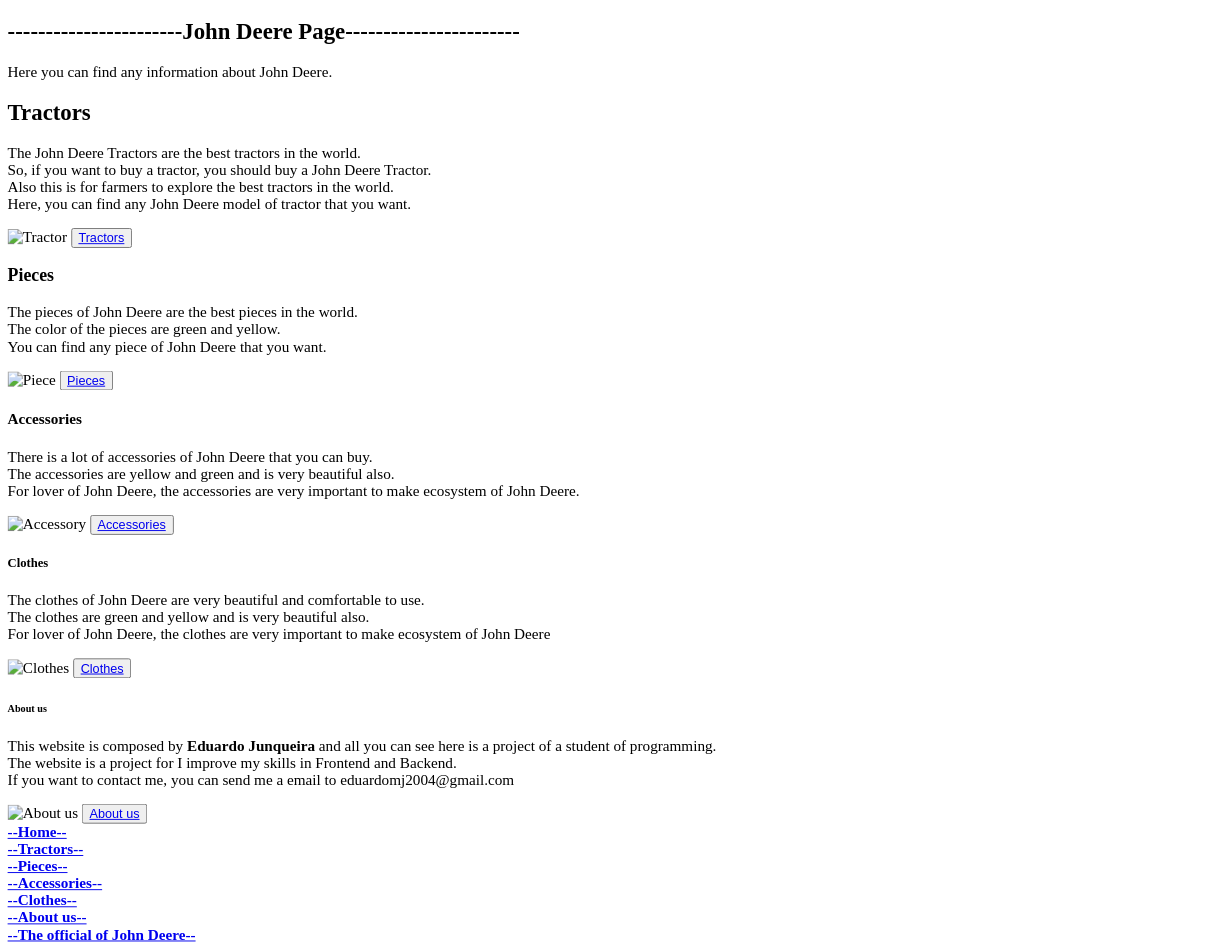
Repository: EduardoJunqueira2004/WEBJohnDeere
Page: HTML/index.html
These files come from the project's save history. The page is drawn as it stood at one moment and after a run of saves; the edit follows.
The browser window is 1280 px wide. The pictures show the whole page, at 95% of full size.

Above is the page before, as saved 2024-12-07 15:38:49.

### HTML/index.html
<!DOCTYPE html>
<!-- HTML5 default-->
<!--Language always in English-->
<html lang="en">
<head>
    <meta charset="UTF-8">
    <meta name="viewport" content="width=device-width, initial-scale=1.0">
    <!--Home Page of the WebSite-->
    <title>Index.html</title>
    <!--CSS file for styling the webpage -->
    <link rel="stylesheet" href="/CSS/index.css">
</head>
<body>
<main>
<section>
    <!--header1 titulo-->
    <h1>-----------------------<strong>John Deere Page</strong>-----------------------</h1>
    <p>
        Here you can find any information about John Deere.
    </p>
    <!--header2 subtitulo-->
</section>
<section>
    <h2><strong>Tractors</strong></h2>
    <p>
        The John Deere Tractors are the best tractors in the world.<br>
        So, if you want to buy a tractor, you should buy a John Deere Tractor.<br>
        Also this is for farmers to explore the best tractors in the world.<br>
        Here, you can find any John Deere  model of tractor that you want.
    </p>
    <img src="" alt="Tractor" width="50" height="50" >
    <button><a href="tractors.html">Tractors</a></button>
</section>
<section>
    <!--header3 subtitulo-->
    <h3><strong>Pieces</strong></h3>
    <p>
        The pieces of John Deere are the best pieces in the world.<br>
        The color of the pieces are green and yellow.<br>
        You can find any piece of John Deere that you want.
    </p>
    <img src="" alt="Piece" width="50" height="50">
    <button><a href="pieces.html">Pieces</a></button>
</section>
<section>
    <!--header4 subtitulo-->
    <h4><strong>Accessories</strong></h4>
    <p>
        There is a lot of accessories of John Deere that you can buy.<br>
        The accessories are yellow and green and is very beautiful also.<br>
        For lover of John Deere, the accessories are very important to make ecosystem of John Deere.
    </p>
    <img src="" alt="Accessory" width="50" height="50">
    <button><a href="accessories.html">Accessories</a></button>
</section>
<section>
    <!--header5 subtitulo-->
    <h5><strong>Clothes</strong></h5>
    <p>
        The clothes of John Deere are very beautiful and comfortable to use.<br>
        The clothes are green and yellow and is very beautiful also.<br>
        For lover of John Deere, the clothes are very important to make ecosystem of John Deere
    </p>
    <img src="" alt="Clothes" width="50" height="50">
    <button><a href="clothes.html">Clothes</a></button>
</section>
<section>
    <!--header6 subtitulo-->
    <h6><strong>About us</strong></h6>
    <p>
        This website is  composed by <strong>Eduardo Junqueira</strong> and all you can see here is a project of a student of programming.<br>
        The website is a project for I improve my skills in Frontend and Backend.<br>
        If you want to contact me, you can send me a email to eduardomj2004@gmail.com<br>
    </p>
    <img src="" alt="About us" width="50" height="50">
    <button><a href="aboutus.html">About us</a></button>
</section>
</main>
    <!--Final of the page footer-->
    <footer>
        <div id="block1">
        <a href="index.html"><strong>--Home--</strong></a>
        </div>
        <div id="block2">
        <a href="tractors.html"><strong>--Tractors--</strong></a>
        </div>
        <div id="block3">
        <a href="pieces.html"><strong>--Pieces--</strong></a>
        </div>
        <div id="block4">
        <a href="accessories.html"><strong>--Accessories--</strong></a>
        </div>
        <div id="block5">
        <a href="clothes.html"><strong>--Clothes--</strong></a>
        </div>
        <div id="block6">
        <a href="aboutus.html"><strong>--About us--</strong></a>
        </div>
        <a href="https://www.deere.com/en/"> <strong>--The official of John Deere--</strong></a>
    </footer>
</body>
</html>

Loaded but not shown: CSS/index.css (no copy from this time; the picture is the same without it)

After the next 5 saves:
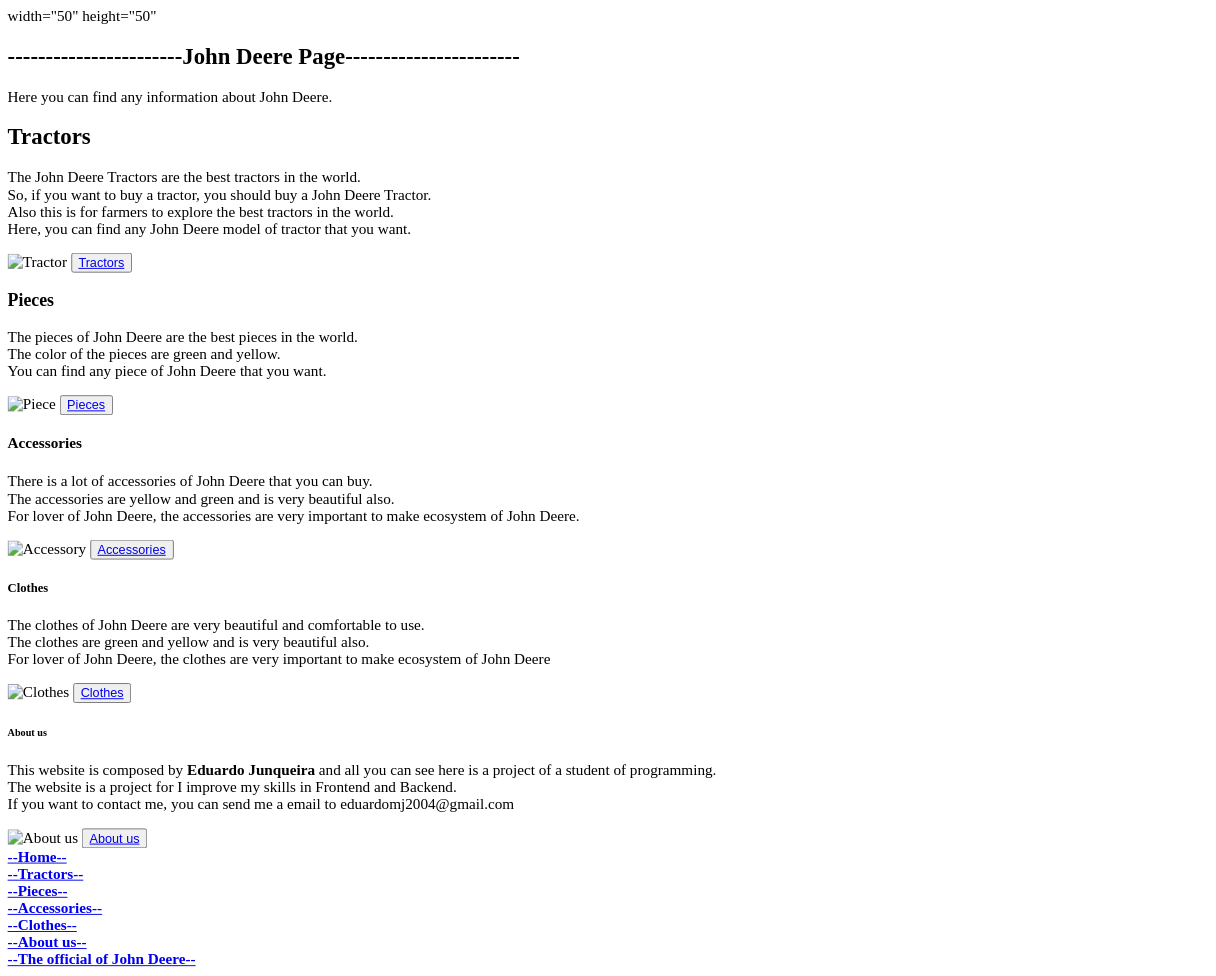
The 5 saves are shown as one change because they came seconds apart.
The last was saved 45 s later.
--- a/HTML/index.html
+++ b/HTML/index.html
@@ -12,7 +12,7 @@
 </head>
 <body>
 <main>
-<section>
+<section>width="50" height="50"
     <!--header1 titulo-->
     <h1>-----------------------<strong>John Deere Page</strong>-----------------------</h1>
     <p>
